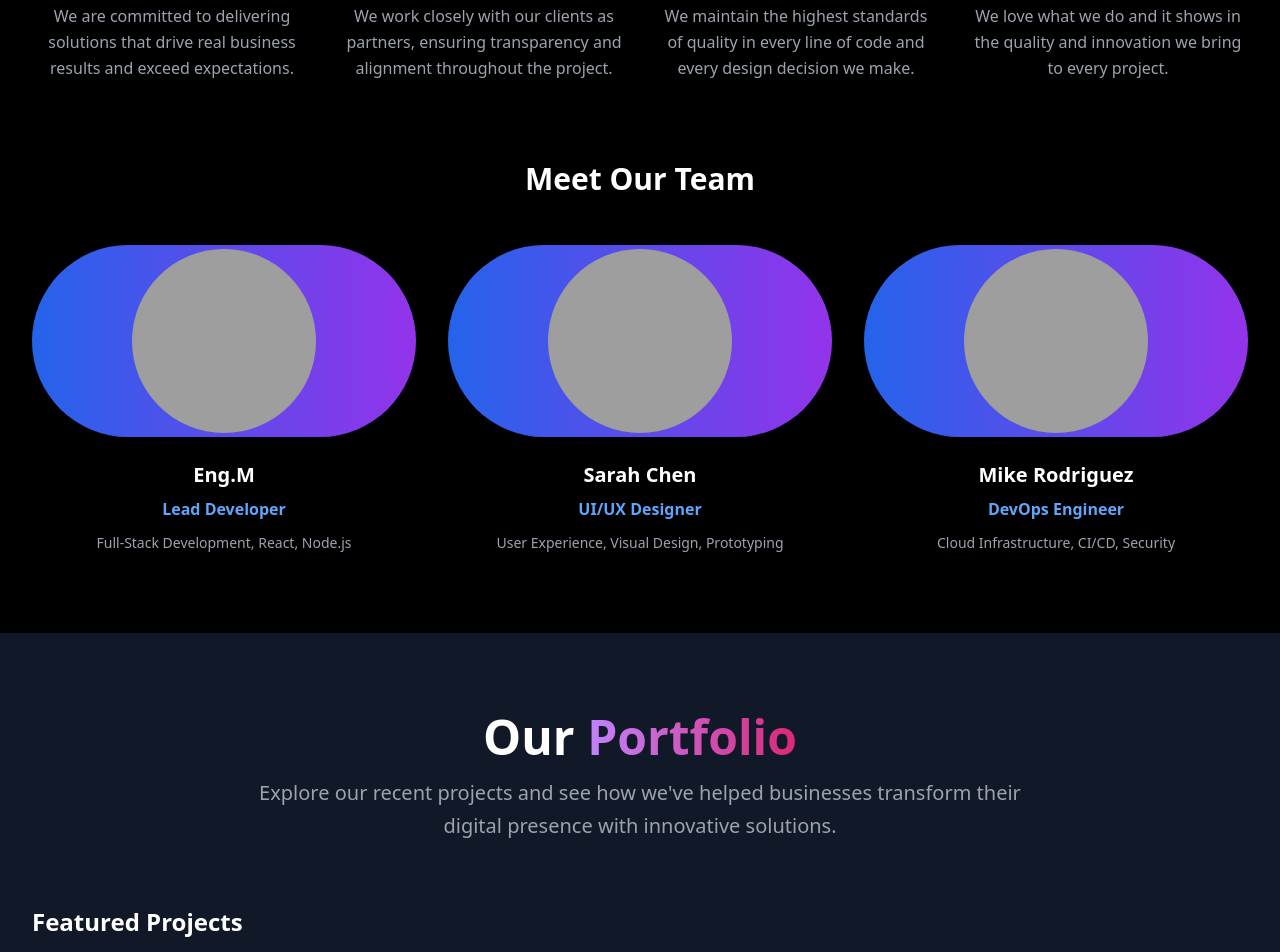
Repository: naza-webtech/nazawebtech.com
Page: /
These files come from the project's save history. The page is drawn as it stood at one moment and after a run of saves; the edit follows.
The browser window is 1280 px wide. The pictures show the part of the page from y = 3939 to 4891 px (the page is 9097 px tall).
Pictures or frames that could not be fetched are drawn as grey boxes. The project was rebuilt for these pictures with package versions that can differ from the ones it lists, and the page was loaded fresh each time. Also part of the build but not shown: vite.config.ts.

Above is the page before, as saved 2025-11-14 09:08:08.

After the next 4 saves:
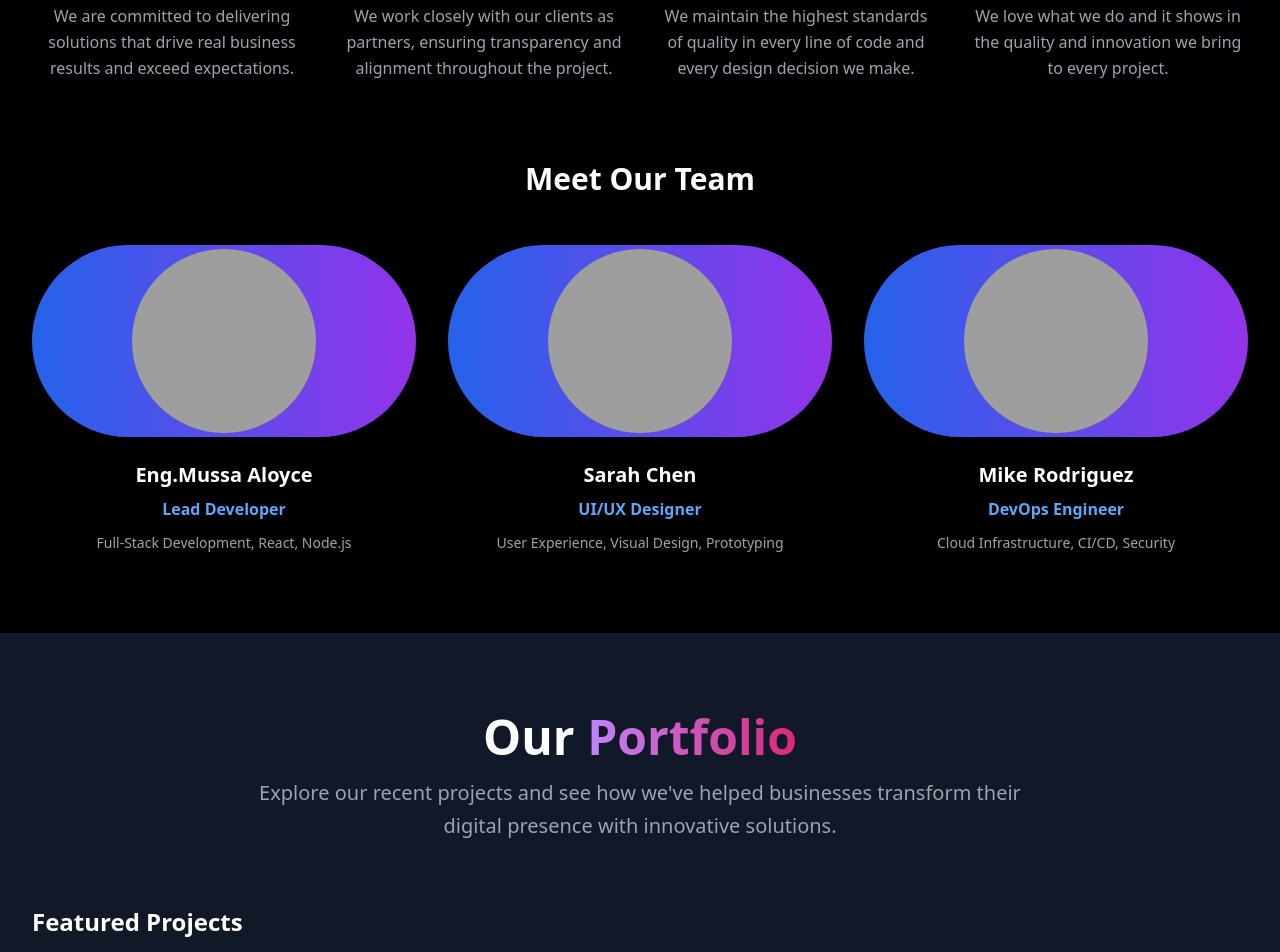
The 4 saves are shown as one change because they came seconds apart.
The last was saved 13 s later.
--- a/src/components/About.tsx
+++ b/src/components/About.tsx
@@ -27,7 +27,7 @@ const About = () => {
 
   const team = [
     {
-      name: 'Eng.M',
+      name: 'Eng.Mussa Aloyce',
       role: 'Lead Developer',
       image: 'https://images.pexels.com/photos/2379004/pexels-photo-2379004.jpeg',
       expertise: 'Full-Stack Development, React, Node.js'
